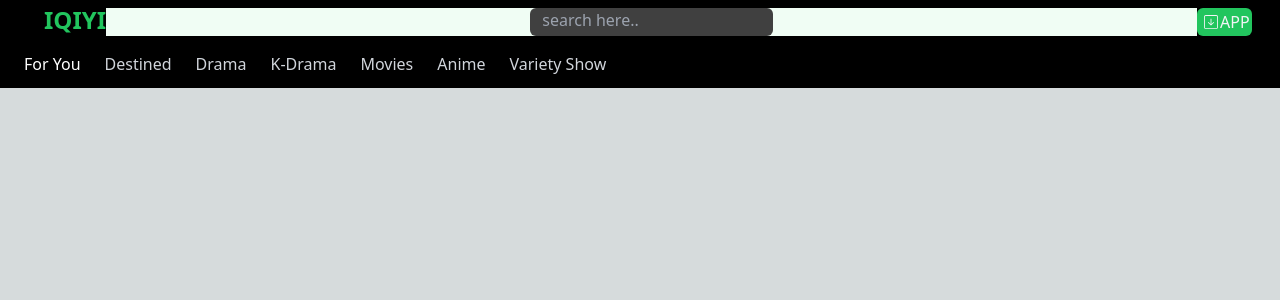
Repository: cozocozy/iqiyi-clone
Page: /
The author's editor kept a copy of each file at every save. The page is drawn from the files as they stood at one save, then again after the next save.
The browser window is 1280 px wide. The pictures show the whole page.
The project was rebuilt for these pictures with package versions that can differ from the ones it lists, and the page was loaded fresh each time. The framework's server and built-in components were replaced by stand-ins that run in the browser. Also part of the build but not shown: next.config.js.

Above is the page before, as saved 2023-07-16 10:16:09.

### pages/index.tsx
import Head from "next/head";
import Header from "./components/Header";

export default function Home() {
  return (
    <main>
      <Head>
        <title>IQIYI - watch Asian drama shows anime movie free online</title>
        <meta name="description" content="CLONE OF IQIYI WEBSITE" />
      </Head>
      <Header />
    </main>
  );
}

### styles/globals.css
@tailwind base;
@tailwind components;
@tailwind utilities;

:root {
  --foreground-rgb: 0, 0, 0;
  --background-start-rgb: 214, 219, 220;
  --background-end-rgb: 255, 255, 255;
}

@media (prefers-color-scheme: dark) {
  :root {
    --foreground-rgb: 255, 255, 255;
    --background-start-rgb: 0, 0, 0;
    --background-end-rgb: 0, 0, 0;
  }
}
.container-snap::-webkit-scrollbar {
  display: none;
}

body {
  color: rgb(var(--foreground-rgb));
  background: linear-gradient(to bottom, transparent, rgb(var(--background-end-rgb))) rgb(var(--background-start-rgb));
}

@layer components {
  .pages {
    @apply hover:text-green-500;
  }
}

### pages/components/Header.tsx
import React from "react";
import { BsArrowDownSquare, BsSearch } from "react-icons/bs";
import { AiOutlineMenu } from "react-icons/ai";
import Link from "next/link";
type Props = {};

function Header({}: Props) {
  return (
    <div className="fixed top-0 z-50 bg-black w-full">
      <div className="flex justify-between items-center py-1 ">
        <div className="flex ml-4 lg:hidden">
          <AiOutlineMenu size={20} className="mt-2" />
          <h3 className="text-2xl text-green-500 font-bold ml-2 ">IQIYI</h3>
        </div>
        <div className="flex justify-center items-center mt-1 w-full bg-green-50 ">
          {/* <button className="absolute border-l border-gray-500 ml-60 p-1 px-4">
            <BsSearch />
          </button> */}
          <input className="rounded rounded-md bg-neutral-700  h-7 pl-3 pb-1" placeholder="search here.."></input>
        </div>
        <button className="flex flex-row mr-7 mt-1 rounded rounded-md w-16 h-7 bg-green-500 text-gray-100 justify-evenly items-center">
          <div className="ml-1">
            <BsArrowDownSquare size={14} />
          </div>
          <p className="text-md">APP</p>
        </button>
      </div>
      <div className="flex flex-row  p-3 overflow-x-auto container-snap whitespace-nowrap space-x-6 ml-3 text-gray-300">
        <Link href="#" className="text-white pages">
          For You
        </Link>
        <Link href="#" className=" pages">
          Destined
        </Link>
        <Link href="#" className=" pages">
          Drama
        </Link>
        <Link href="#" className=" pages">
          K-Drama
        </Link>
        <Link href="#" className=" pages">
          Movies
        </Link>
        <Link href="#" className=" pages">
          Anime
        </Link>
        <Link href="#" className=" pages">
          Variety Show
        </Link>
      </div>
    </div>
  );
}

export default Header;

### tailwind.config.js
/** @type {import('tailwindcss').Config} */
module.exports = {
  content: ["./pages/**/*.{js,ts,jsx,tsx,mdx}", "./components/**/*.{js,ts,jsx,tsx,mdx}", "./app/**/*.{js,ts,jsx,tsx,mdx}"],
  theme: {
    extend: {
      backgroundImage: {
        "gradient-radial": "radial-gradient(var(--tw-gradient-stops))",
        "gradient-conic": "conic-gradient(from 180deg at 50% 50%, var(--tw-gradient-stops))",
      },
    },
    screens: {
      tablet: "<-640px",
      // => @media (min-width: 640px) { ... }

      laptop: "1024px",
      // => @media (min-width: 1024px) { ... }

      desktop: "1280px",
      // => @media (min-width: 1280px) { ... }
    },
  },
  plugins: [],
};

Loaded but not shown: pages/_app.tsx (common file); pages/_document.tsx (common file)

After the next save:
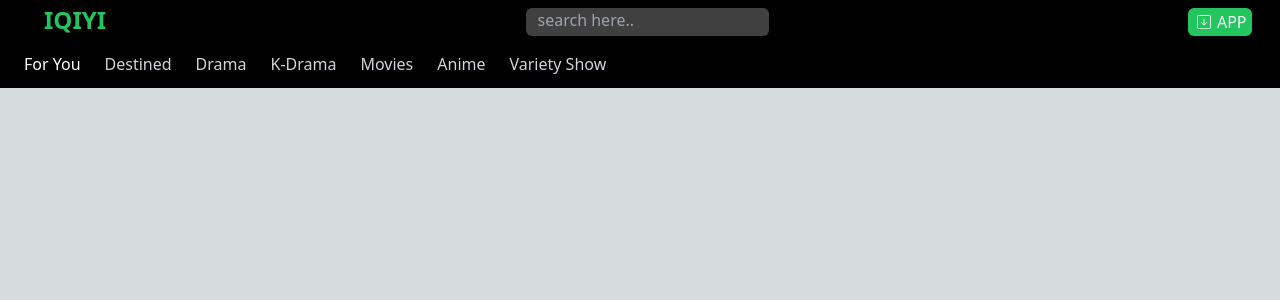
Saved 15 s later.
--- a/pages/components/Header.tsx
+++ b/pages/components/Header.tsx
@@ -12,7 +12,7 @@
           <AiOutlineMenu size={20} className="mt-2" />
           <h3 className="text-2xl text-green-500 font-bold ml-2 ">IQIYI</h3>
         </div>
-        <div className="flex justify-center items-center mt-1 w-full bg-green-50 ">
+        <div className="flex justify-center items-center mt-1 ">
           {/* <button className="absolute border-l border-gray-500 ml-60 p-1 px-4">
             <BsSearch />
           </button> */}
